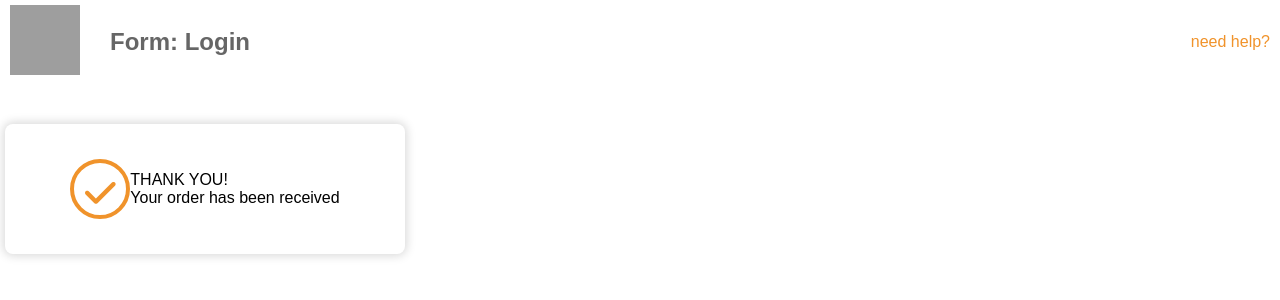
Repository: NguyenDucHung20002/project-homev1
Page: checkout/checkout.html
These files come from the project's save history. The page is drawn as it stood at one moment and after the next save; the edit follows.
The browser window is 1280 px wide. The pictures show the whole page.
Pictures or frames that could not be fetched are drawn as grey boxes. The style sheet was rebuilt from its Sass, Less or Tailwind sources for each picture, by a compiler version that may differ from the author's.

Above is the page before, as saved 2022-09-20 09:24:49.

After the next save:
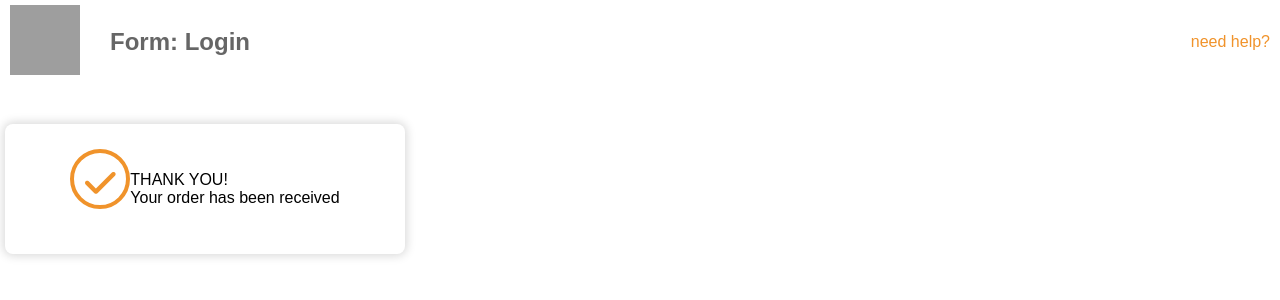
Saved 12 s later.
--- a/checkout/checkout.scss
+++ b/checkout/checkout.scss
@@ -67,6 +67,7 @@ header {
         border-radius: 50%;
         font-size: 35px;
         font-weight: bold;
+        margin-block-end: 20px;
       }
     }
   }
